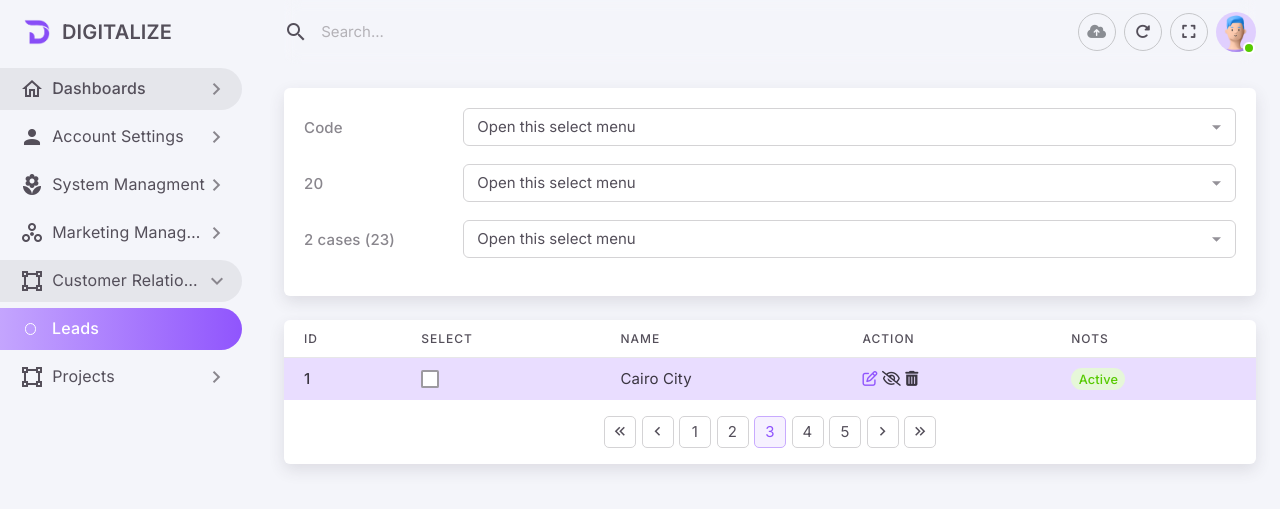
Repository: FadyFathey/sales-crm
Page: html/project-list.html
An editor plug-in stored every save of this project. The page is shown before and after the next save, followed by the edit.
The browser window is 1280 px wide. The pictures show the whole page.
Some icons come from a web library that is not loaded, so they are not drawn. Some web libraries are served in a nearby version.

Above is the page before, as saved 2024-10-09 14:06:28.
Console error: ReferenceError: d3 is not defined

After the next save:
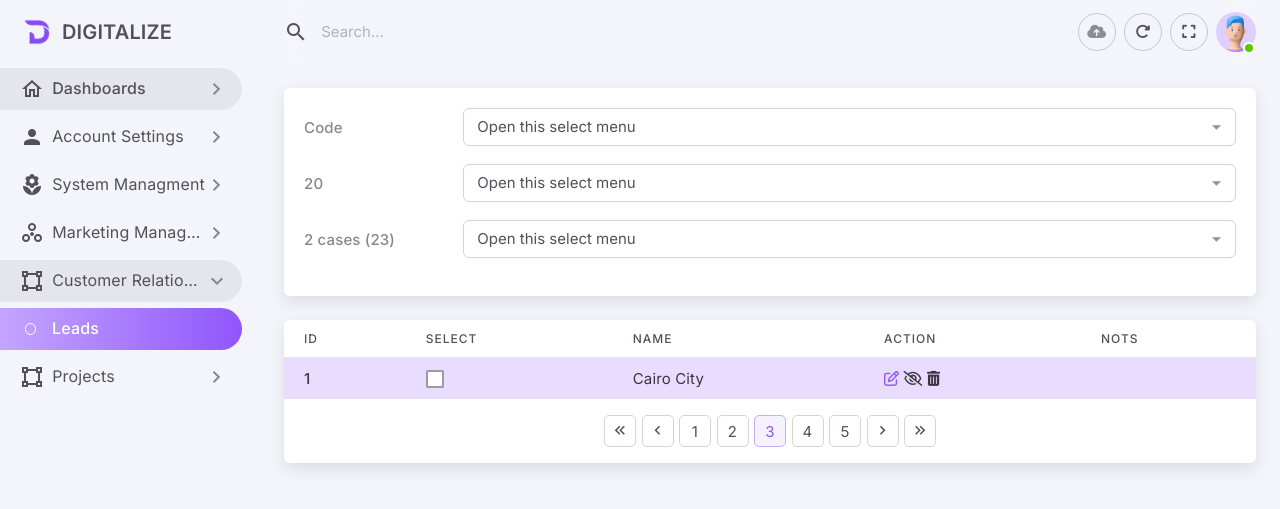
Saved 6 s later.
--- a/html/project-list.html
+++ b/html/project-list.html
@@ -408,7 +408,7 @@
                                                 <i style="cursor: pointer;" class="fa-solid fa-trash-can"></i>
                                             </td>
                                             <td>
-                                                <span class="badge rounded-pill bg-label-success">Active</span>
+
                                             </td>
                                         </tr>
                                     </tbody>
